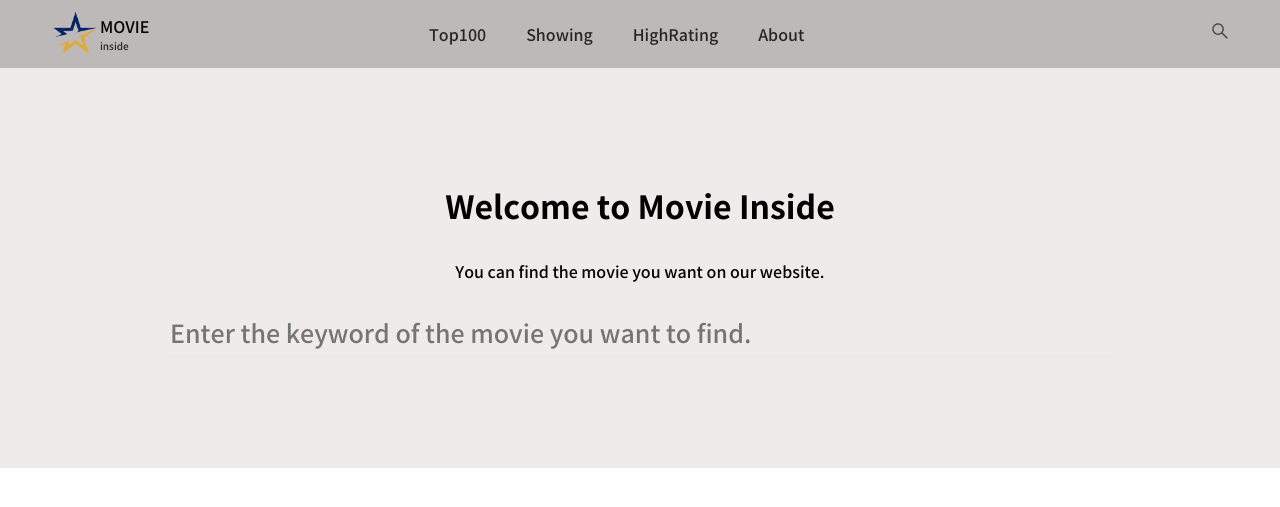
Repository: yangddoddi/Movie-Inside
Page: /
These files come from the project's save history. The page is drawn as it stood at one moment and after a run of saves; the edit follows.
The browser window is 1280 px wide. The pictures show the whole page.
The project was rebuilt for these pictures with package versions that can differ from the ones it lists, and the page was loaded fresh each time. Also part of the build but not shown: src/App.css, src/routes/Detail.js.

Above is the page before, as saved 2022-05-02 18:45:36.

### public/index.html
<!DOCTYPE html>
<html lang="en">

<head>
  <meta charset="utf-8" />
  <link rel="icon" href="./image/logo.png" />
  <meta name="viewport" content="width=device-width, initial-scale=1" />
  <meta name="theme-color" content="#000000" />
  <meta name="description" content="Web site created using create-react-app" />
  <link rel="apple-touch-icon" href="%PUBLIC_URL%/logo192.png" />
  <!--
      manifest.json provides metadata used when your web app is installed on a
      user's mobile device or desktop. See https://developers.google.com/web/fundamentals/web-app-manifest/
    -->
  <link rel="manifest" href="%PUBLIC_URL%/manifest.json" />
  <!--
      Notice the use of %PUBLIC_URL% in the tags above.
      It will be replaced with the URL of the `public` folder during the build.
      Only files inside the `public` folder can be referenced from the HTML.

      Unlike "/favicon.ico" or "favicon.ico", "%PUBLIC_URL%/favicon.ico" will
      work correctly both with client-side routing and a non-root public URL.
      Learn how to configure a non-root public URL by running `npm run build`.
    -->
  <title>Movie Inside</title>
</head>

<body>
  <noscript>You need to enable JavaScript to run this app.</noscript>
  <div id="root"></div>
  <!--
      This HTML file is a template.
      If you open it directly in the browser, you will see an empty page.

      You can add webfonts, meta tags, or analytics to this file.
      The build step will place the bundled scripts into the <body> tag.

      To begin the development, run `npm start` or `yarn start`.
      To create a production bundle, use `npm run build` or `yarn build`.
    -->
</body>

</html>

### src/App.js
import "./App.css";
import { RouteJS } from "./components/Routes";
import "./scss/main.scss";
import { Nav } from "./components/Nav";

function App() {
  return (
    <>
      <Nav />
      <RouteJS />
    </>
  );
}

export default App;

### src/components/Routes.js
import { Route, BrowserRouter, Routes } from "react-router-dom";
import { Main } from "../routes/Main";
import { Detail } from "../routes/Detail";

export const RouteJS = () => {
  return (
    <Routes>
      <Route path="/" element={<Main />} />
      <Route path="/detail" element={<Detail />} />
    </Routes>
  );
};

### src/scss/main.scss


* {
    box-sizing: border-box;
    font-family: 'Noto Sans CJK KR';
    margin: 0px;
}

### src/components/Nav.js
import React from "react";
import logo from "../image/logo.png";
import styles from "./Nav.module.scss";
import { AiOutlineSearch } from "react-icons/ai";

export const Nav = () => {
  return (
    <nav className={styles.nav}>
      <div className={styles.navContainer}>
        <div className={styles.leftContainer}>
          <img className={styles.logo} src={logo}></img>
          <div className={styles.logoContainer}>
            <span>MOVIE</span>
            <span>inside</span>
          </div>
        </div>
        <ul className={styles.navItems}>
          <li className={styles.navItem}>Top100</li>
          <li className={styles.navItem}>Showing</li>
          <li className={styles.navItem}>HighRating</li>
          <li className={styles.navItem}>About</li>
        </ul>
        <form className={styles.navForm}>
          <input type={"text"} id="searchInput" />
          <label for="searchInput">
            <AiOutlineSearch className={styles.searchIcon} />
          </label>
        </form>
      </div>
    </nav>
  );
};

### src/routes/Main.js
import React from "react";
import { Jumbotron } from "../components/Main/Jumbotron";

export const Main = () => {
  return (
    <>
      <Jumbotron />
    </>
  );
};

### src/components/Nav.module.scss
@import url(../scss/font.scss);


.nav {
    background-color: #bdb9b9;
    width: 100%;
    padding: 10px 50px 10px 50px;
    display: flex;
    justify-content: center;
}

.navContainer {
    display: flex;
    align-items: center;
    justify-content: space-between;
    width: 100%;
    max-width: 1200px;
}

.logo {
    width: 50px;
}

.logoContainer {
    display: flex;
    flex-direction: column;
    justify-content: flex-end;
    user-select: none;

    span:nth-child(2) {
        font-size: 10px;
        color:rgba(0,0,0,0.8);
    }
}

.leftContainer {
    display: flex;
    align-items: center;
}

.navItems {
    display: flex;
    list-style: none;
    color: rgba(0,0,0,0.8);
    font-size: 16px;
    margin: 0px;
}


.navItem {
    margin: 0px 20px 0px 20px;
    cursor: pointer;
}

.navForm {
        position:relative;
        display: flex;
        align-items: center;

    input {
        margin-left: 30px;
        border-radius: 5%;
        height: 25px;
        border: none;
        color: rgba(0,0,0,0.8);
        background-color: transparent;
    }

    input:focus {
        outline: none;
        border-bottom: rgba(122,122,122,1) solid 1px;
    }

    label {
        position: absolute;
        right: 0px;
        height: 25px;
        border-left: none;
    }

    svg {
        font-size: 20px;
        color: rgba(0,0,0,0.6);
    }
}

### src/components/Main/Jumbotron.js
import React from "react";
import styles from "./Jumbotron.module.scss";

export const Jumbotron = () => {
  return (
    <div className={styles.jumbotron}>
      <div className={styles.jumbotronContainer}>
        <h1 className={styles.header}> Welcome to Movie Inside </h1>
        <p>You can find the movie you want on our website.</p>
        <form className={styles.searchForm}>
          <input
            className={styles.search}
            placeHolder="Enter the keyword of the movie you want to find."
          />
        </form>
      </div>
    </div>
  );
};

### src/scss/font.scss
@font-face {
    font-family: 'Noto Sans CJK KR';
    font-style: normal;
    font-weight: light;
    src: url('../fontStyle/NotoSansKR-Light.otf')
}

@font-face {
    font-family: 'Noto Sans CJK KR';
    font-style: normal;
    font-weight: normal;
    src: url('../fontStyle/NotoSansKR-Regular.otf')
}

@font-face {
    font-family: 'Noto Sans CJK KR';
    font-style: normal;
    font-weight: semi-bold;
    src: url('../fontStyle/NotoSansKR-Medium.otf')
}
@font-face {
    font-family: 'Noto Sans CJK KR';
    font-style: normal;
    font-weight: bold;
    src: url('../fontStyle/NotoSansKR-Bold.otf')
}

### src/components/Main/Jumbotron.module.scss

.jumbotron {
    background-color: #efebeb;
    padding: 50px;
    display: flex;
    justify-content: center;
    align-items: center;
    height: 400px;
}

.jumbotronContainer {
    width: 100%;
    max-width: 1200px;
    text-align: center;
}

.header {
    margin-bottom: 30px;
}

.searchForm{
    margin-top: 30px;

    input {
        border: none;
        border-bottom: 1px solid rgba(255,255,255,0.1);
        font-size: 25px;
        background-color: transparent;
        width: 80%;
        height: 40px;
    }
}

Loaded but not shown: src/index.js (common file); src/index.css (common file); src/reportWebVitals.js (common file)

After the next 3 saves:
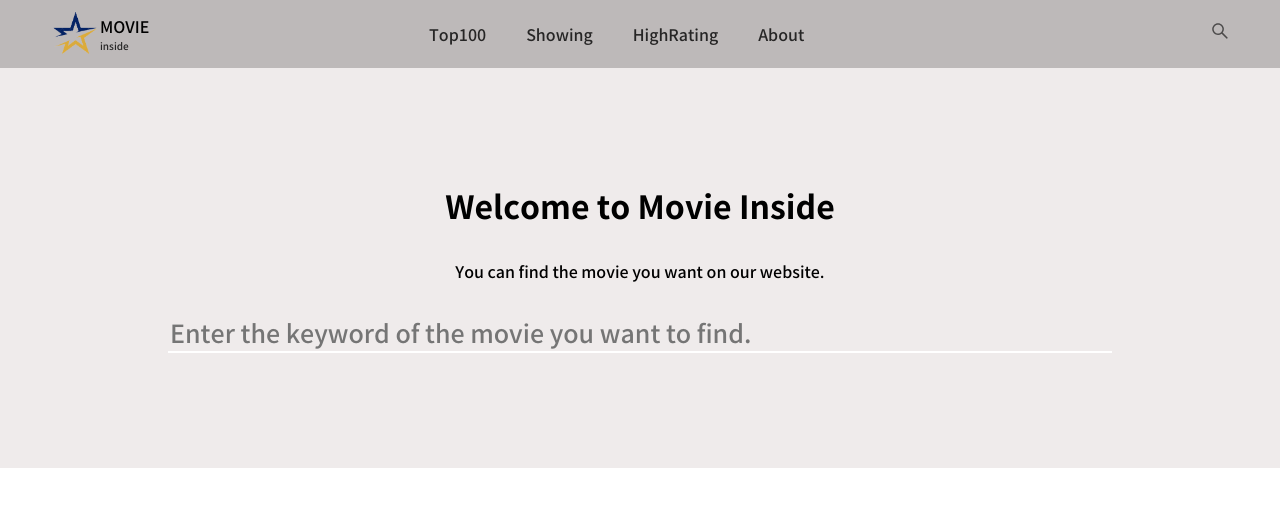
The 3 saves are shown as one change because they came seconds apart.
The last was saved 15 s later.
--- a/src/components/Main/Jumbotron.module.scss
+++ b/src/components/Main/Jumbotron.module.scss
@@ -23,7 +23,7 @@
 
     input {
         border: none;
-        border-bottom: 1px solid rgba(255,255,255,0.1);
+        border-bottom: 2px solid rgb(255,255,255);
         font-size: 25px;
         background-color: transparent;
         width: 80%;

After the 3 saves that followed:
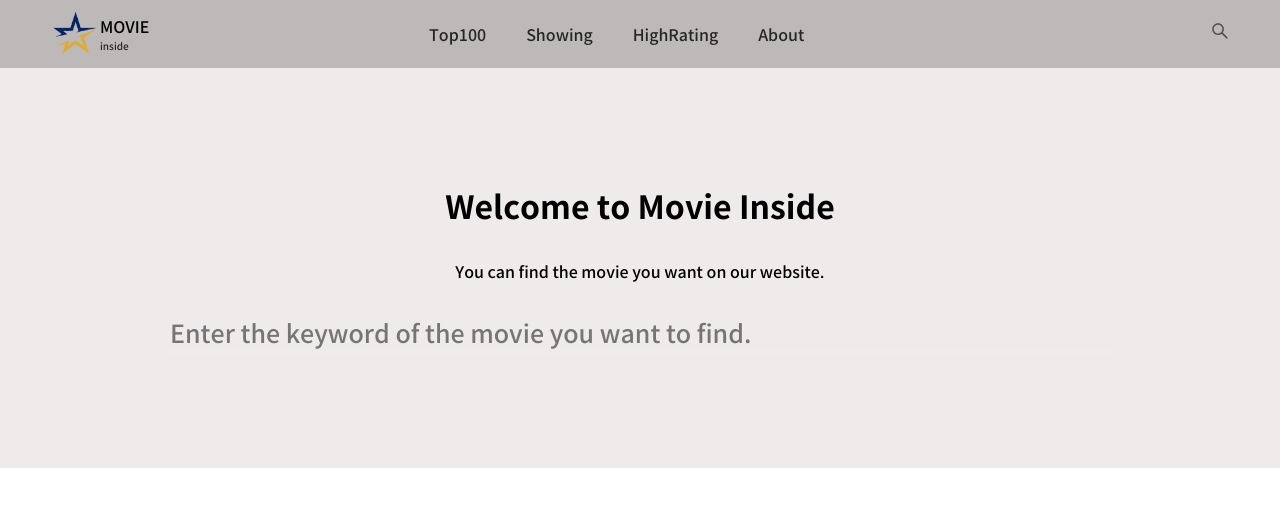
The 3 saves are shown as one change because they came seconds apart.
The last was saved 12 s later.
--- a/src/components/Main/Jumbotron.module.scss
+++ b/src/components/Main/Jumbotron.module.scss
@@ -23,7 +23,7 @@
 
     input {
         border: none;
-        border-bottom: 2px solid rgb(255,255,255);
+        border-bottom: 2px solid rgba(255,255,255,0.1);
         font-size: 25px;
         background-color: transparent;
         width: 80%;
